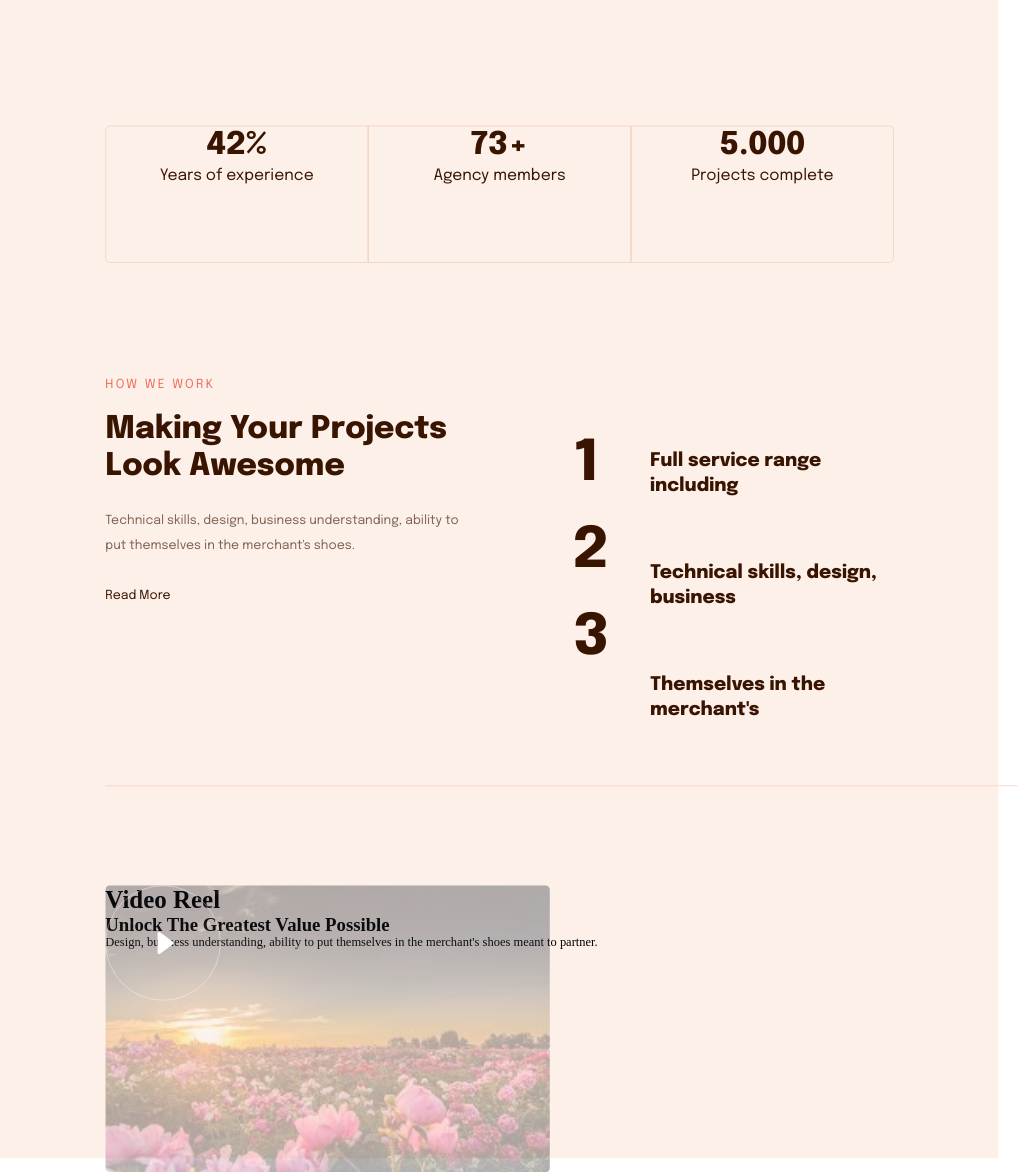
Repository: AytacJafarova/task2
Page: index.html
These files come from the project's save history. The page is drawn as it stood at one moment and after a run of saves; the edit follows.
The browser window is 1280 px wide. The page is 1305 px wide, so the pictures cover 1305 px, including what lies to the right of the window. The pictures show the whole page, at 78% of full size.

Above is the page before, as saved 2023-08-01 14:12:30.

After the next 2 saves:
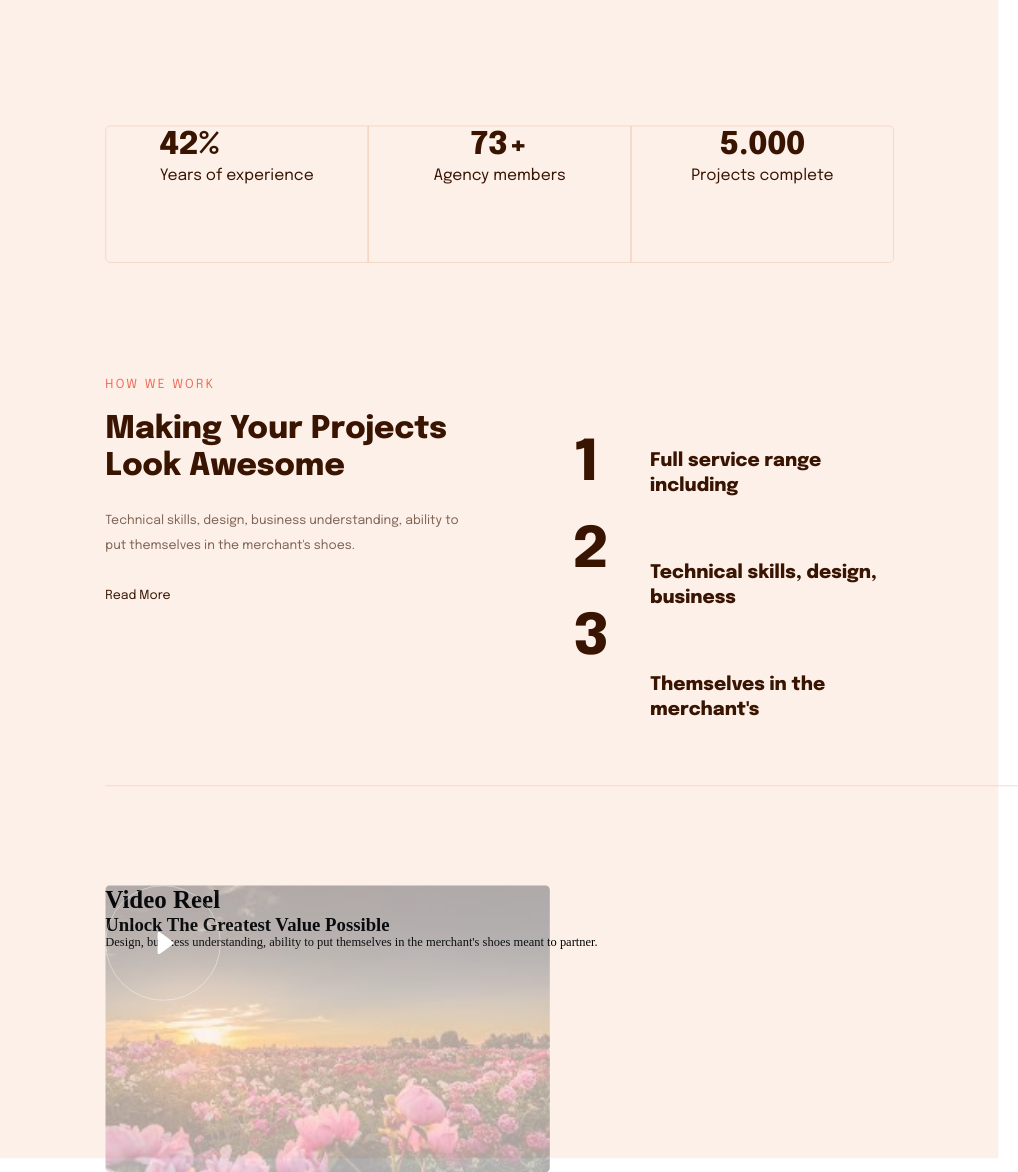
The 2 saves are shown as one change because they came seconds apart.
The last was saved 7 s later.
--- a/index.html
+++ b/index.html
@@ -13,9 +13,11 @@
         <div class="projects">
             <ul>
                 <li>
-                    <div></div>
-                    <h1>42%</h1>
-                    <p>Years of experience</p>
+                    <div>
+                        <h1>42%</h1>
+                        <p>Years of experience</p>
+                    </div>
+
                 </li>
                 <li>
                     <h1>73+</h1>
